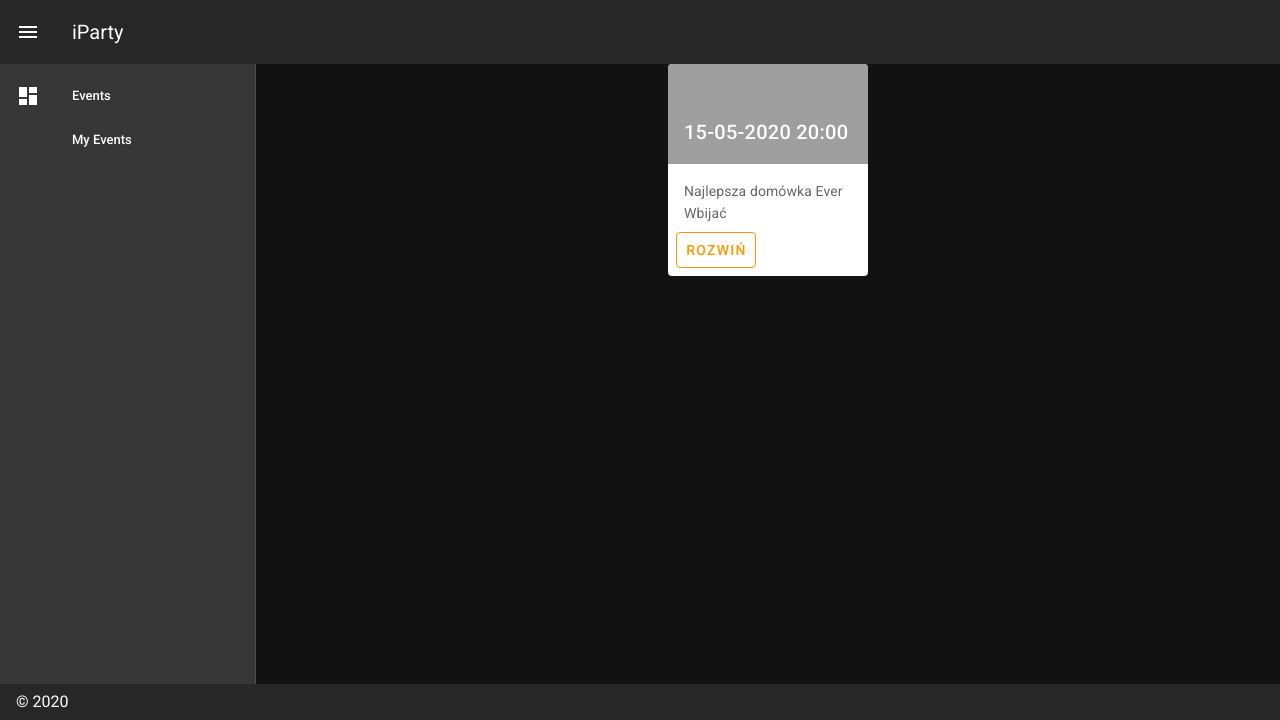
Repository: hexanek/partyapp
Page: /
An editor plug-in stored every save of this project. The page is shown before and after a run of saves, followed by the edit.
The browser window is 1280 px wide. The pictures show the whole page.
Pictures or frames that could not be fetched are drawn as grey boxes. The project was rebuilt for these pictures with package versions that can differ from the ones it lists, and the page was loaded fresh each time. Also part of the build but not shown: vue.config.js, src/components/PopupDetails.vue.

Above is the page before, as saved 2020-01-25 10:47:13.

### public/index.html
<!DOCTYPE html>
<html lang="en">
  <head>
    <meta charset="utf-8">
    <meta http-equiv="X-UA-Compatible" content="IE=edge">
    <meta name="viewport" content="width=device-width,initial-scale=1.0">
    <link rel="icon" href="<%= BASE_URL %>favicon.ico">
    <title>party-app</title>
    <link rel="stylesheet" href="https://fonts.googleapis.com/css?family=Roboto:100,300,400,500,700,900">
    <link rel="stylesheet" href="https://cdn.jsdelivr.net/npm/@mdi/font@latest/css/materialdesignicons.min.css">
  </head>
  <body>
    <noscript>
      <strong>We're sorry but party-app doesn't work properly without JavaScript enabled. Please enable it to continue.</strong>
    </noscript>
    <div id="app"></div>
    <!-- built files will be auto injected -->
  </body>
</html>

### src/main.js
import Vue from 'vue'
import App from './App.vue'
import vuetify from './plugins/vuetify';
import store from './store'
import router from './router'

Vue.config.productionTip = false

new Vue({
  vuetify,
  store,
  router,
  render: h => h(App)
}).$mount('#app')

### src/App.vue
<template>
  <v-app>
     <popup-details
        v-if="details"
        ></popup-details>

    <navbar>
    </navbar>
    <v-content>
      <v-responsive>

      <gmap
      @clickshow = "showDetails"
      >

      </gmap>

      </v-responsive>
      </v-content>
    <Footer>

    </Footer>
  </v-app>
</template>

<script>
import Navbar from "./components/Navbar";
import Footer from "./components/Footer";
import Gmap from "./components/Gmap";
import PopupDetails from "./components/PopupDetails";

export default {
  name: "App",

  components: {
    Navbar,
    Footer,
    Gmap,
    PopupDetails
  },

  data: () => ({
    details: false
    //
  }),
  methods: {
    showDetails: function() {
      this.details = !this.details;
    }
  }
};
</script>

### src/plugins/vuetify.js
import Vue from 'vue';
import Vuetify from 'vuetify/lib';
import VueRouter from 'vue-router'
import * as VueGoogleMaps from 'vue2-google-maps'


Vue.use(Vuetify);
Vue.use(VueRouter);
Vue.use(VueGoogleMaps, {
    load: {
        key: 'AIzaSyB6QzBesMB_MjqmuZF1p7hpCl8gg4kMEy8',
        libraries: 'places'
    }
})

export default new Vuetify({
    theme: {
        dark: true
    }
});

### src/router/index.js
import Vue from 'vue'
import VueRouter from 'vue-router'


Vue.use(VueRouter)

const routes = [
  {
    path: '/',
    name: 'home',

  },
  {
    path: '/about',
    name: 'about',
    // route level code-splitting
    // this generates a separate chunk (about.[hash].js) for this route
    // which is lazy-loaded when the route is visited.
    //component: () => import(/* webpackChunkName: "about" */ '../views/About.vue')
  }
]

const router = new VueRouter({
  routes
})

export default router

### src/components/Navbar.vue
<template>
    <div>
        <v-navigation-drawer
      v-model="drawer"
      app
      clipped
    >
      <v-list dense>
        <v-list-item link>
          <v-list-item-action>
            <v-icon>mdi-view-dashboard</v-icon>
          </v-list-item-action>
          <v-list-item-content>
            <v-list-item-title>Events</v-list-item-title>
          </v-list-item-content>
        </v-list-item>
        <v-list-item link>
          <v-list-item-action>
            <v-icon>mdi-settings</v-icon>
          </v-list-item-action>
          <v-list-item-content>
            <v-list-item-title>My Events</v-list-item-title>
          </v-list-item-content>
        </v-list-item>
      </v-list>
    </v-navigation-drawer>
     <v-app-bar
      flat
      app
      clipped-left
    >
      <v-app-bar-nav-icon @click.stop="drawer = !drawer" />
      <v-toolbar-title>iParty</v-toolbar-title>

    </v-app-bar>
    </div>
</template>

<script>
export default {
  name: "Navbar",
  data: () => ({
    drawer: null
  })
};
</script>

<style lang="scss" scoped>
</style>

### src/components/Footer.vue
<template>
    <div>
        <v-footer app>
            <span>&copy; 2020</span>
        </v-footer>
    </div>
</template>

<script>
    export default {
        name: 'Footer',

        data: () => ({

        })
    }
</script>

<style lang="scss" scoped>

</style>

### src/components/Gmap.vue
<template>
  <div>
    <popup-details
    v-if="this.details"
    ></popup-details>
    <GmapMap
      :center="start"
      :zoom="10"
      map-type-id="roadmap"
      style="width: 100vw; height: 90vh"
      v-bind:options="mapStyle"
    >

      <gmap-info-window
        :options="infoOptions"
        :position="infoPosition"
        :opened="infoOpened"
        @closeclick="infoOpened = false"
      >

       <popup
       @clickshow="showDetails"
       ></popup>
      </gmap-info-window>
      <GmapMarker
        :key="key"
        v-for="(item, key) in coordinates"
        :position="getPosition(item)"
        :clickable="true"
        @click="toggleInfo(item, key)"
      />

    </GmapMap>

  </div>
</template>

<script>
import Popup from "./Popup";
import PopupDetails from "./PopupDetails";

export default {
  name: "Gmap",
  components: {
    Popup,
    PopupDetails
  },
  data: () => ({
    details: false,
    start: {
      lat: 54.51889,
      lng: 18.53188
    },
    coordinates: {
      0: {
        party: "Domowka",
        lat: 54.291,
        lng: 18.341
      },
      1: {
        party: "Klub",
        lat: 54.111,
        lng: 18.1
      }
    },
    infoPosition: null,
    infoContent: null,
    infoOpened: false,
    infoCurrentKey: null,
    infoOptions: {
      pixelOffset: {
        width: 0,
        height: -35
      }
    },
    mapStyle: {
      styles: [
        { elementType: "geometry", stylers: [{ color: "#242f3e" }] },
        { elementType: "labels.text.stroke", stylers: [{ color: "#242f3e" }] },
        { elementType: "labels.text.fill", stylers: [{ color: "#746855" }] },
        {
          featureType: "administrative.locality",
          elementType: "labels.text.fill",
          stylers: [{ color: "#d59563" }]
        },
        {
          featureType: "poi",
          elementType: "labels.text.fill",
          stylers: [{ color: "#d59563" }]
        },
        {
          featureType: "poi.park",
          elementType: "geometry",
          stylers: [{ color: "#263c3f" }]
        },
        {
          featureType: "poi.park",
          elementType: "labels.text.fill",
          stylers: [{ color: "#6b9a76" }]
        },
        {
          featureType: "road",
          elementType: "geometry",
          stylers: [{ color: "#38414e" }]
        },
        {
          featureType: "road",
          elementType: "geometry.stroke",
          stylers: [{ color: "#212a37" }]
        },
        {
          featureType: "road",
          elementType: "labels.text.fill",
          stylers: [{ color: "#9ca5b3" }]
        },
        {
          featureType: "road.highway",
          elementType: "geometry",
          stylers: [{ color: "#746855" }]
        },
        {
          featureType: "road.highway",
          elementType: "geometry.stroke",
          stylers: [{ color: "#1f2835" }]
        },
        {
          featureType: "road.highway",
          elementType: "labels.text.fill",
          stylers: [{ color: "#f3d19c" }]
        },
        {
          featureType: "transit",
          elementType: "geometry",
          stylers: [{ color: "#2f3948" }]
        },
        {
          featureType: "transit.station",
          elementType: "labels.text.fill",
          stylers: [{ color: "#d59563" }]
        },
        {
          featureType: "water",
          elementType: "geometry",
          stylers: [{ color: "#17263c" }]
        },
        {
          featureType: "water",
          elementType: "labels.text.fill",
          stylers: [{ color: "#515c6d" }]
        },
        {
          featureType: "water",
          elementType: "labels.text.stroke",
          stylers: [{ color: "#17263c" }]
        }
      ]
    }
  }),
  methods: {
    getPosition: function(marker) {
      return {
        lat: parseFloat(marker.lat),
        lng: parseFloat(marker.lng)
      };
    },
    toggleInfo: function(marker, key) {
      this.infoPosition = this.getPosition(marker);
      this.infoContent = marker.party;
      if (this.infoCurrentKey === key) {
        this.infoOpened = !this.infoOpened;
      } else {
        this.infoOpened = true;
        this.infoCurrentKey = key;
      }
    },
    showDetails: function() {
      this.details = !this.details;
    }
  }
};
</script>

<style lang="scss" scoped></style>

### src/components/Popup.vue
<template>
    <div>
        <v-card
    class="mx-auto"
    max-width="200"
    light

  >
    <v-img
      class="white--text align-end"
      height="100px"
      src="https://cdn.vuetifyjs.com/images/cards/docks.jpg"
    >
      <v-card-title>15-05-2020 20:00</v-card-title>
    </v-img>

    <v-card-subtitle class="pb-0">Najlepsza domówka Ever</v-card-subtitle>

    <v-card-text class="pb-0">
      <div>Wbijać</div>

    </v-card-text>

    <v-card-actions>
      <v-btn
        color="orange"
        outlined
        center
        @click="showdetails"

      >
        Rozwiń
      </v-btn>
    </v-card-actions>
  </v-card>
    </div>
</template>

<script>
export default {
  name: "Popup",
  components: {},
  data: () => ({
    return: {}
  }),
  methods: {
    showdetails: function() {
      this.$emit("clickshow");
    }
  }
};
</script>

<style lang="scss" scoped>
</style>

Loaded but not shown: src/store/index.js (common file)

After the next 2 saves:
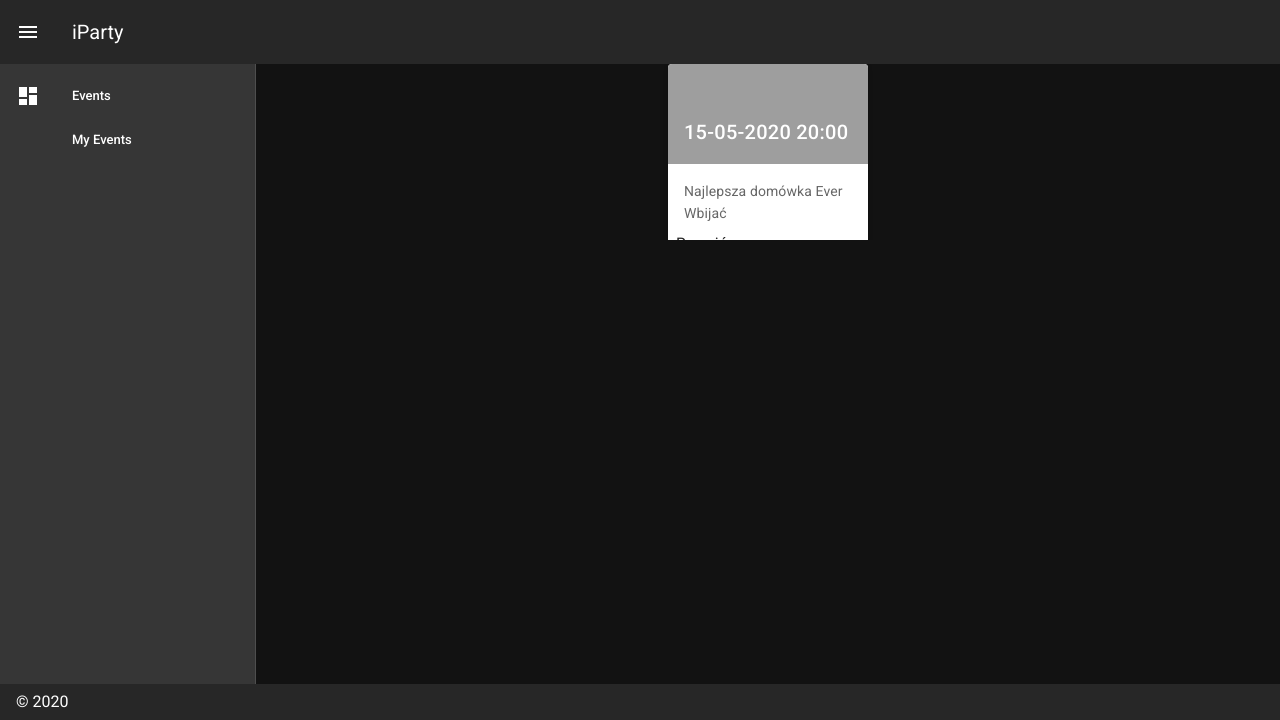
The 2 saves are shown as one change because 1 did not build or start.
The last was saved 4 min 46 s later.
--- a/src/components/Popup.vue
+++ b/src/components/Popup.vue
@@ -22,17 +22,27 @@
     </v-card-text>
 
     <v-card-actions>
-      <v-btn
-        color="orange"
-        outlined
-        center
-        @click="showdetails"
-
-      >
+      <template v-slot:activator="{ on }">
+        <v-btn color="primary" dark v-on="on">Open Dialog</v-btn>
+      </template>
         Rozwiń
       </v-btn>
     </v-card-actions>
   </v-card>
+  <v-row justify="center">
+    <v-dialog v-model="dialog" persistent max-width="290">
+
+      <v-card>
+        <v-card-title class="headline">Use Google's location service?</v-card-title>
+        <v-card-text>Let Google help apps determine location. This means sending anonymous location data to Google, even when no apps are running.</v-card-text>
+        <v-card-actions>
+          <v-spacer></v-spacer>
+          <v-btn color="green darken-1" text @click="dialog = false">Disagree</v-btn>
+          <v-btn color="green darken-1" text @click="dialog = false">Agree</v-btn>
+        </v-card-actions>
+      </v-card>
+    </v-dialog>
+  </v-row>
     </div>
 </template>
 
@@ -41,7 +51,9 @@ export default {
   name: "Popup",
   components: {},
   data: () => ({
-    return: {}
+    return: {
+      dialog: false
+    }
   }),
   methods: {
     showdetails: function() {
